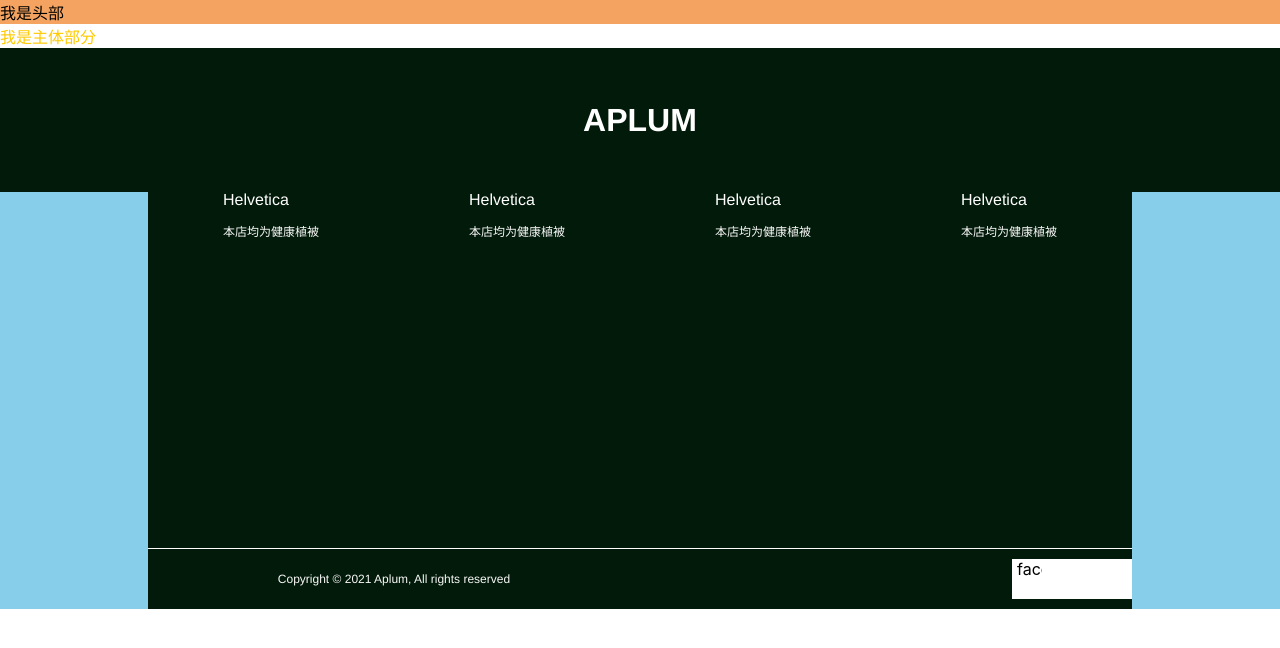
Repository: Alicehhhmm/aplum
Page: /
An editor plug-in stored every save of this project. The page is shown before and after a run of saves, followed by the edit.
The browser window is 1280 px wide. The pictures show the whole page.
The project was rebuilt for these pictures with package versions that can differ from the ones it lists, and the page was loaded fresh each time. Also part of the build but not shown: src/App.css.

Above is the page before, as saved 2021-10-08 17:38:33.

After the next 2 saves:
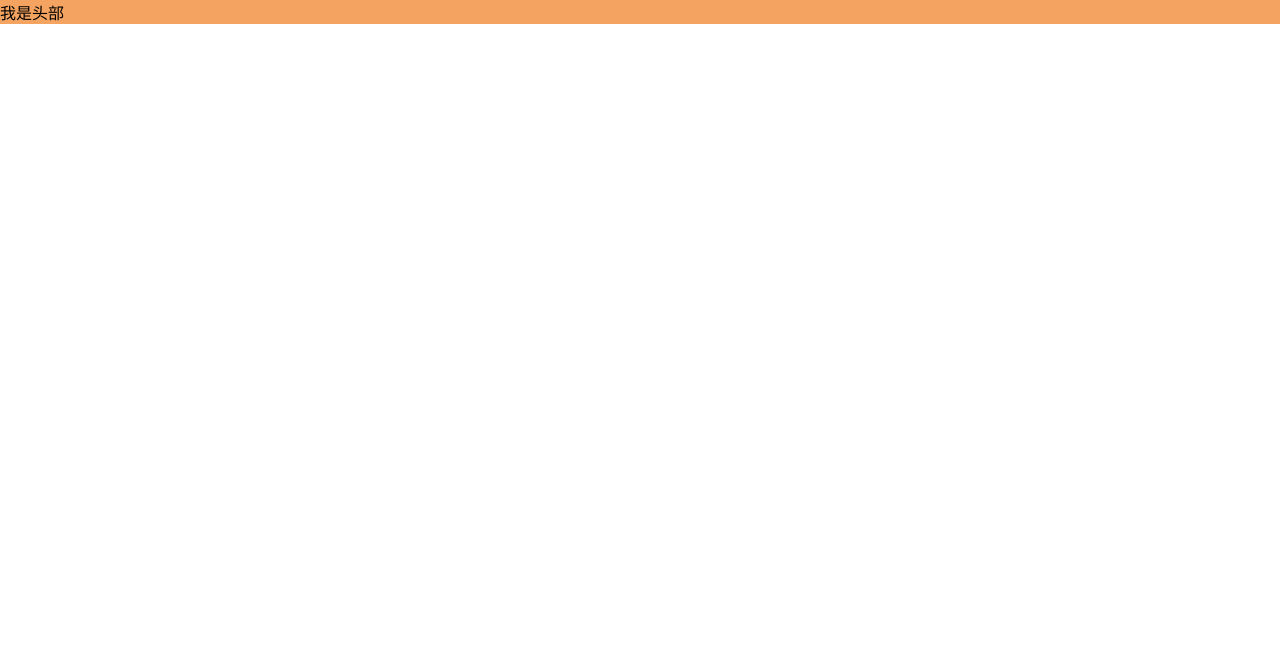
The 2 saves are shown as one change because they came seconds apart.
The last was saved 91 s later.
--- a/src/App.js
+++ b/src/App.js
@@ -10,8 +10,8 @@ function App() {
   return (
     <div>
       <Header/>
-      <Body/>
-      <Footer/>
+      {/* <Body/> */}
+      {/* <Footer/> */}
     </div>
   );
 }
